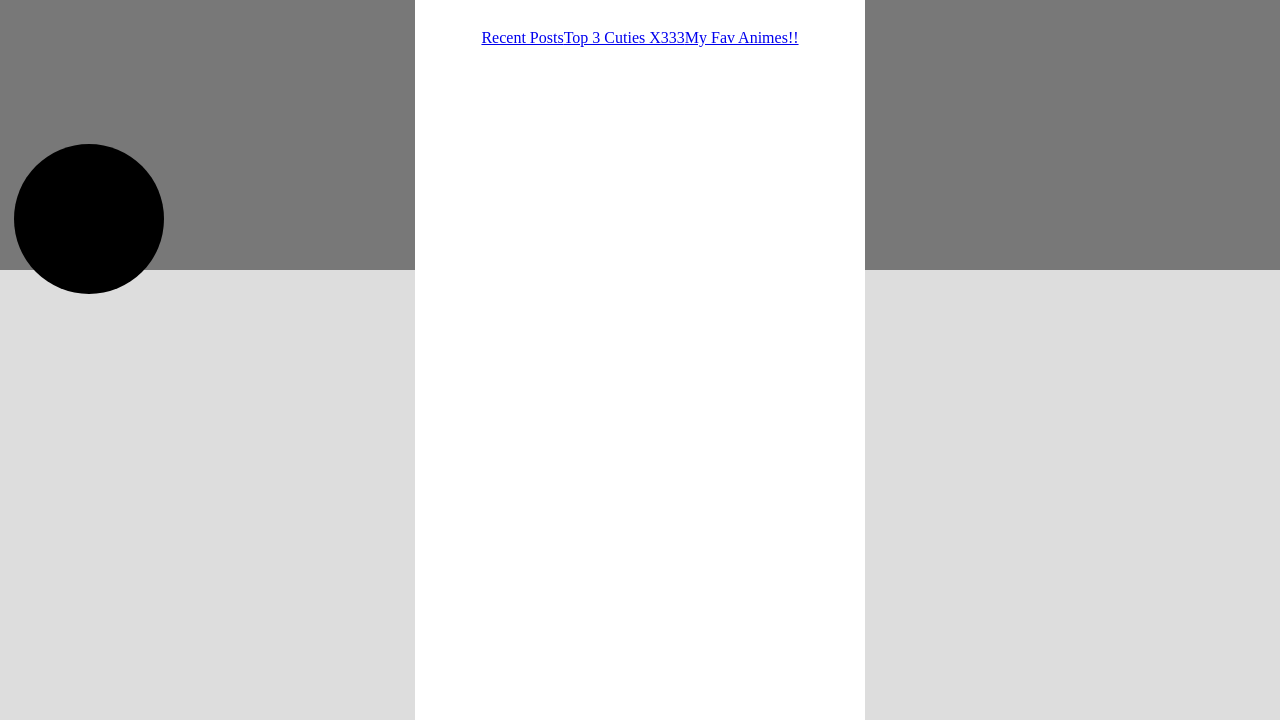
Repository: Jennica1/Frontend-Final
Page: topThree.html
An editor plug-in stored every save of this project. The page is shown before and after the next save, followed by the edit.
The browser window is 1280 px wide. The pictures show the whole page.

Above is the page before, as saved 2024-05-09 21:23:34.

After the next save:
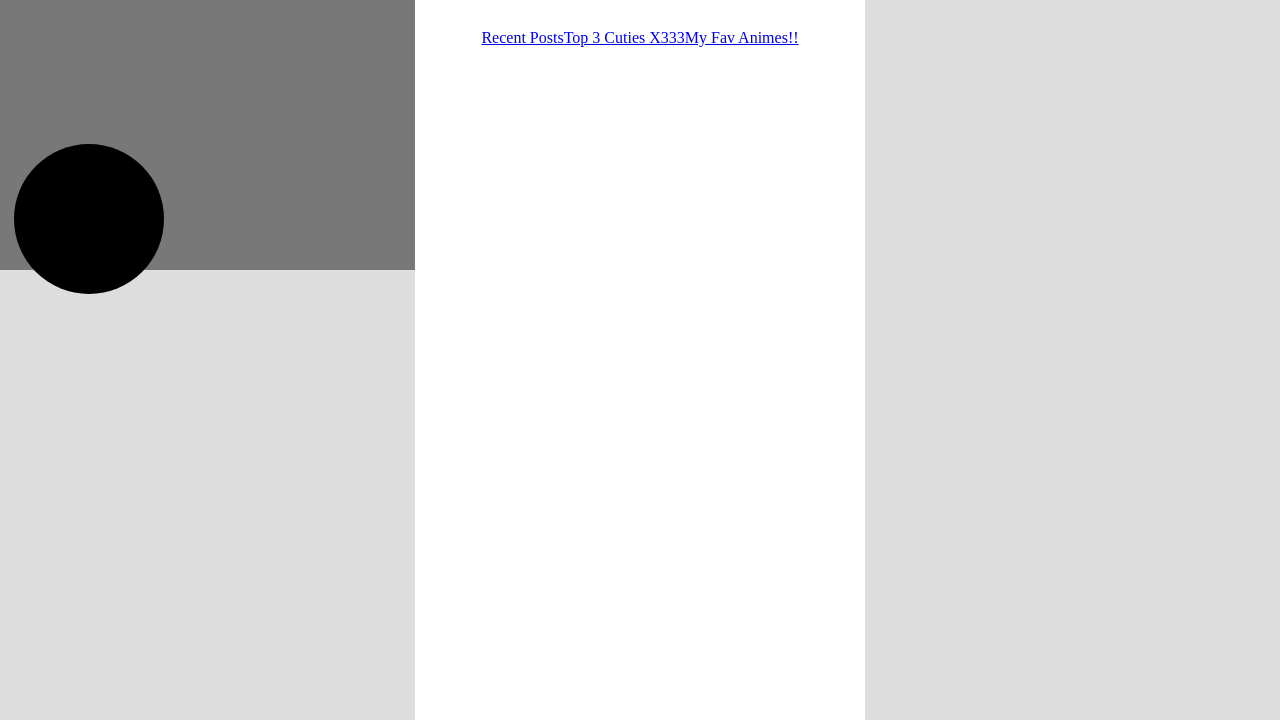
Saved 26 s later.
--- a/topThree.html
+++ b/topThree.html
@@ -27,7 +27,6 @@
 
     <!--Side Nav Right-->
     <div class="sidebar-right">
-      <img src="images/Rectangle 2.svg" class="background-photo" />
     </div>
   </div>
 
